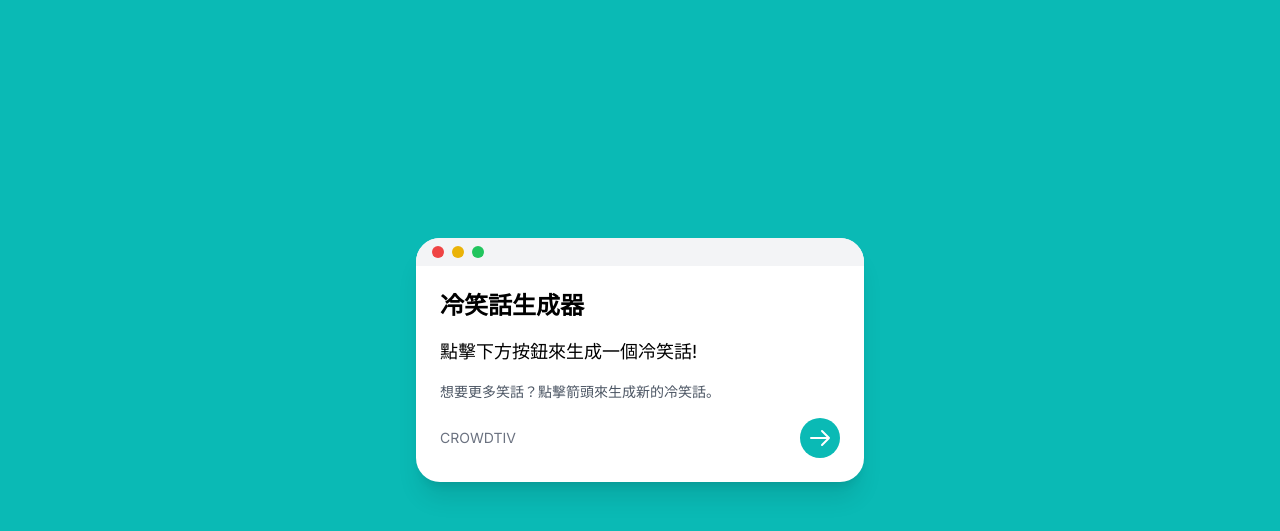
Repository: a7351220/joke-generator
Page: /
The author's editor kept a copy of each file at every save. The page is drawn from the files as they stood at one save, then again after the next save.
The browser window is 1280 px wide. The pictures show the whole page.
The project was rebuilt for these pictures with package versions that can differ from the ones it lists, and the page was loaded fresh each time. The framework's server and built-in components were replaced by stand-ins that run in the browser. Also part of the build but not shown: next.config.mjs.

Above is the page before, as saved 2024-07-04 23:40:28.

After the next save:
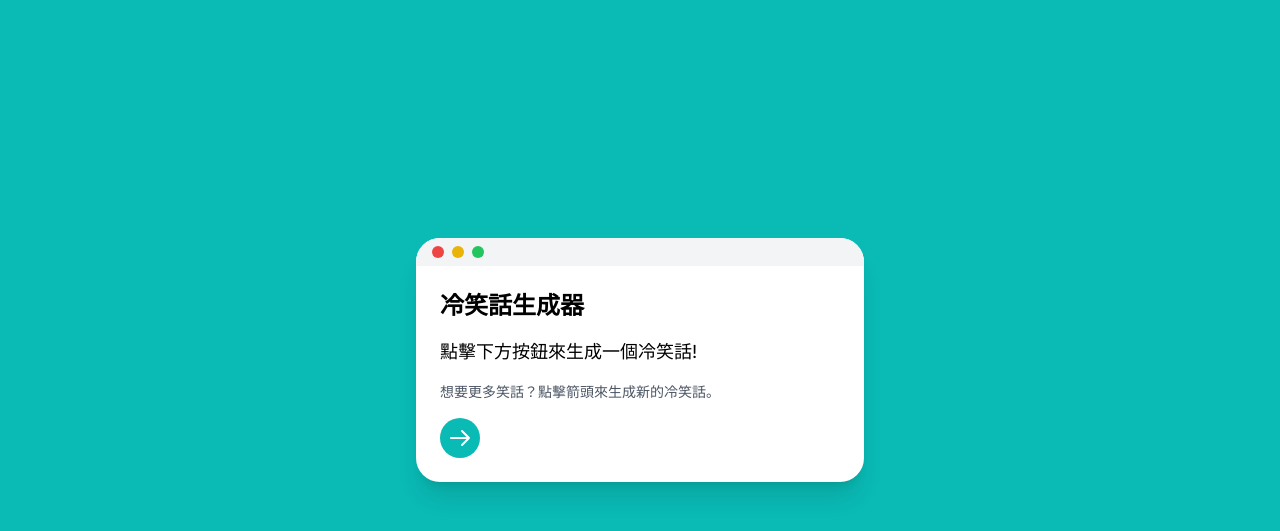
Saved 55 s later.
--- a/src/components/JokeGenerator.tsx
+++ b/src/components/JokeGenerator.tsx
@@ -70,7 +70,6 @@ export default function JokeGenerator() {
             {isLoading ? '生成中...' : '想要更多笑話？點擊箭頭來生成新的冷笑話。'}
           </p>
           <div className="flex justify-between items-center">
-            <div className="text-sm text-gray-500">CROWDTIV</div>
             <button
               onClick={generateJoke}
               disabled={isLoading}
